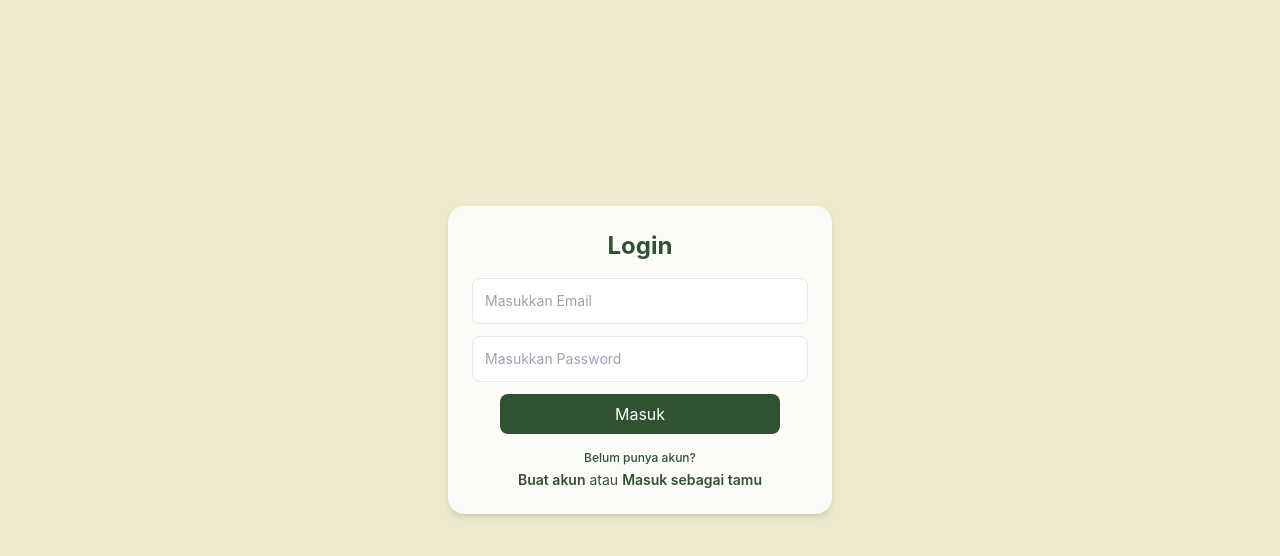
Repository: PajarAland/DiagramCoffee
Page: /home
These files come from the project's save history. The page is drawn as it stood at one moment and after the next save; the edit follows.
The browser window is 1280 px wide. The pictures show the whole page.
The page's requests for data from a server got no answer. The project was rebuilt for these pictures with package versions that can differ from the ones it lists, and the page was loaded fresh each time. Some packages were replaced by stand-ins written for this rebuild. No one was signed in, and anything a server would have sent is missing. Also part of the build but not shown: vite.config.js, src/pages/Landing.jsx, src/pages/Register.jsx, src/pages/Home.jsx.

Above is the page before, as saved 2026-04-26 02:55:38.

After the next save:
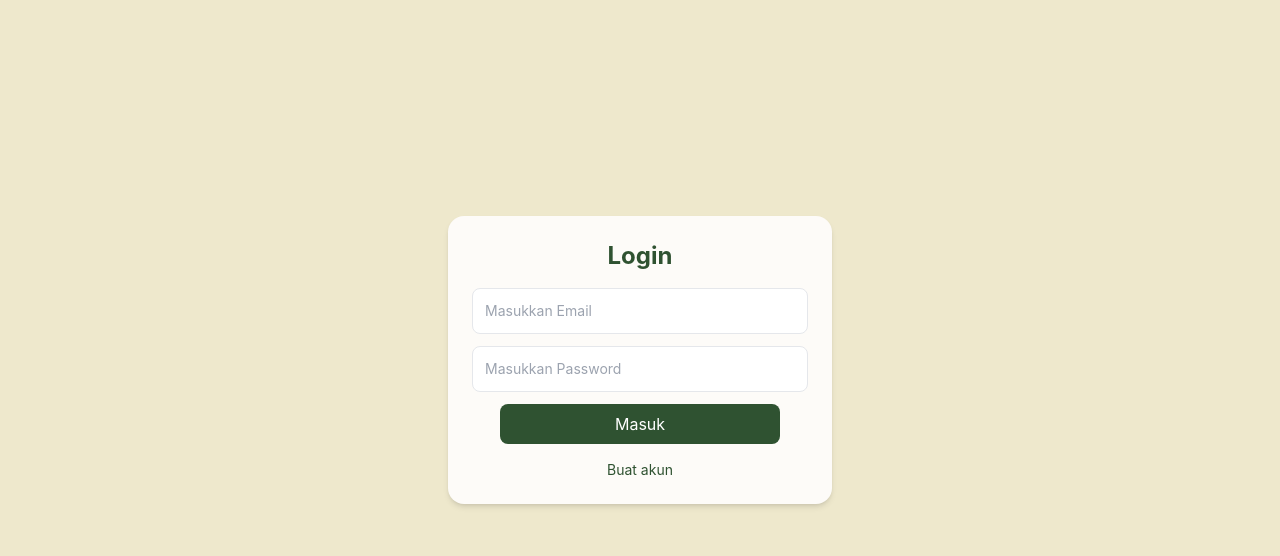
Saved 116 s later.
--- a/src/pages/Login.jsx
+++ b/src/pages/Login.jsx
@@ -6,7 +6,7 @@
 
 function Login() {
     const navigate = useNavigate();
-    const { login } = useAuth(); // 🔥 penting
+    const { login, refreshUser } = useAuth(); // 🔥 FIX DI SINI
 
     const [email, setEmail] = useState("");
     const [password, setPassword] = useState("");
@@ -23,26 +23,19 @@
             });
 
             if (response.data.success) {
-                login(response.data.data); // 🔥 INI FIX BUG A → B
+                login(response.data.data);   // update UI cepat
+                await refreshUser();         // sync ke backend (anti bug A/B)
                 navigate("/home");
             }
 
         } catch (error) {
             console.error(error);
 
-            if (error.response?.data?.errors) {
-                Swal.fire({
-                    icon: "error",
-                    title: "Validasi Gagal",
-                    html: Object.values(error.response.data.errors).join("<br>"),
-                });
-            } else {
-                Swal.fire({
-                    icon: "error",
-                    title: "Error",
-                    text: error.response?.data?.message,
-                });
-            }
+            Swal.fire({
+                icon: "error",
+                title: "Error",
+                text: error.response?.data?.message,
+            });
         }
     };
 
@@ -80,18 +73,8 @@
                     </button>
                 </form>
 
-                <p className="text-xs text-[#2F5231] font-medium mt-4">
-                    Belum punya akun?
-                </p>
-
-                <div className="text-sm text-[#2F5231] mt-1 flex items-center justify-center gap-1">
-                    <Link to="/register" className="font-semibold hover:underline">
-                        Buat akun
-                    </Link>
-                    <span>atau</span>
-                    <Link to="/homeGuest" className="font-semibold hover:underline">
-                        Masuk sebagai tamu
-                    </Link>
+                <div className="text-sm text-[#2F5231] mt-4">
+                    <Link to="/register">Buat akun</Link>
                 </div>
             </div>
         </div>

After the save that followed:
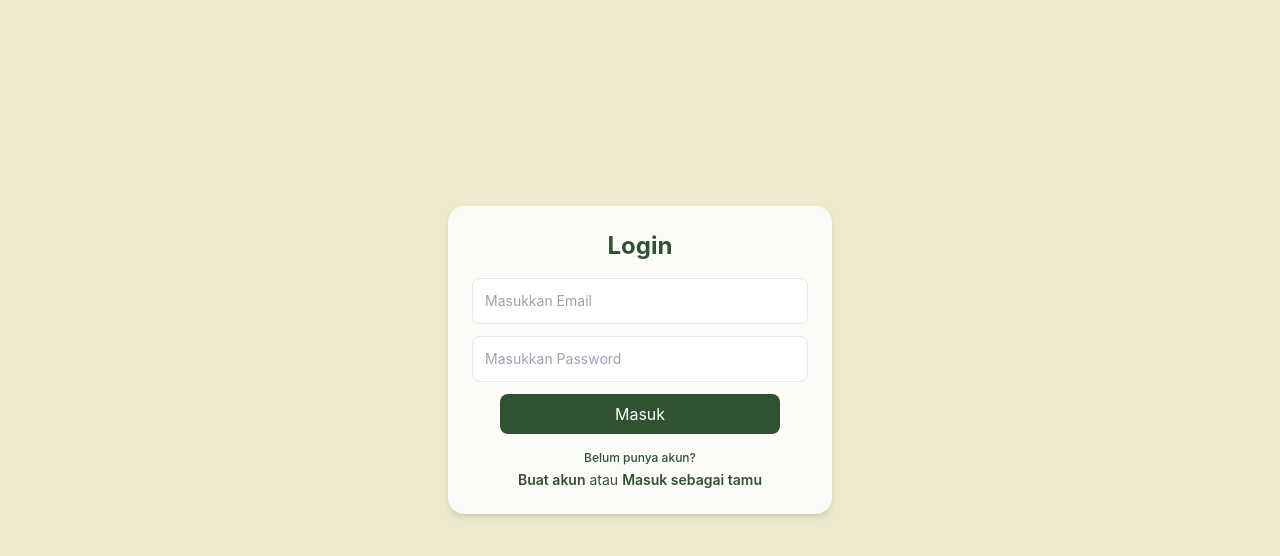
Saved 10 s later.
--- a/src/pages/Login.jsx
+++ b/src/pages/Login.jsx
@@ -6,8 +6,8 @@
 
 function Login() {
     const navigate = useNavigate();
-    const { login, refreshUser } = useAuth(); // 🔥 FIX DI SINI
-
+    const { login } = useAuth(); // 🔥 penting
+    const { refreshUser } = useAuth();
     const [email, setEmail] = useState("");
     const [password, setPassword] = useState("");
 
@@ -23,19 +23,27 @@
             });
 
             if (response.data.success) {
-                login(response.data.data);   // update UI cepat
-                await refreshUser();         // sync ke backend (anti bug A/B)
+                login(response.data.data); // 🔥 INI FIX BUG A → B
+                await refreshUser(); //
                 navigate("/home");
             }
 
         } catch (error) {
             console.error(error);
 
-            Swal.fire({
-                icon: "error",
-                title: "Error",
-                text: error.response?.data?.message,
-            });
+            if (error.response?.data?.errors) {
+                Swal.fire({
+                    icon: "error",
+                    title: "Validasi Gagal",
+                    html: Object.values(error.response.data.errors).join("<br>"),
+                });
+            } else {
+                Swal.fire({
+                    icon: "error",
+                    title: "Error",
+                    text: error.response?.data?.message,
+                });
+            }
         }
     };
 
@@ -73,8 +81,18 @@
                     </button>
                 </form>
 
-                <div className="text-sm text-[#2F5231] mt-4">
-                    <Link to="/register">Buat akun</Link>
+                <p className="text-xs text-[#2F5231] font-medium mt-4">
+                    Belum punya akun?
+                </p>
+
+                <div className="text-sm text-[#2F5231] mt-1 flex items-center justify-center gap-1">
+                    <Link to="/register" className="font-semibold hover:underline">
+                        Buat akun
+                    </Link>
+                    <span>atau</span>
+                    <Link to="/homeGuest" className="font-semibold hover:underline">
+                        Masuk sebagai tamu
+                    </Link>
                 </div>
             </div>
         </div>
